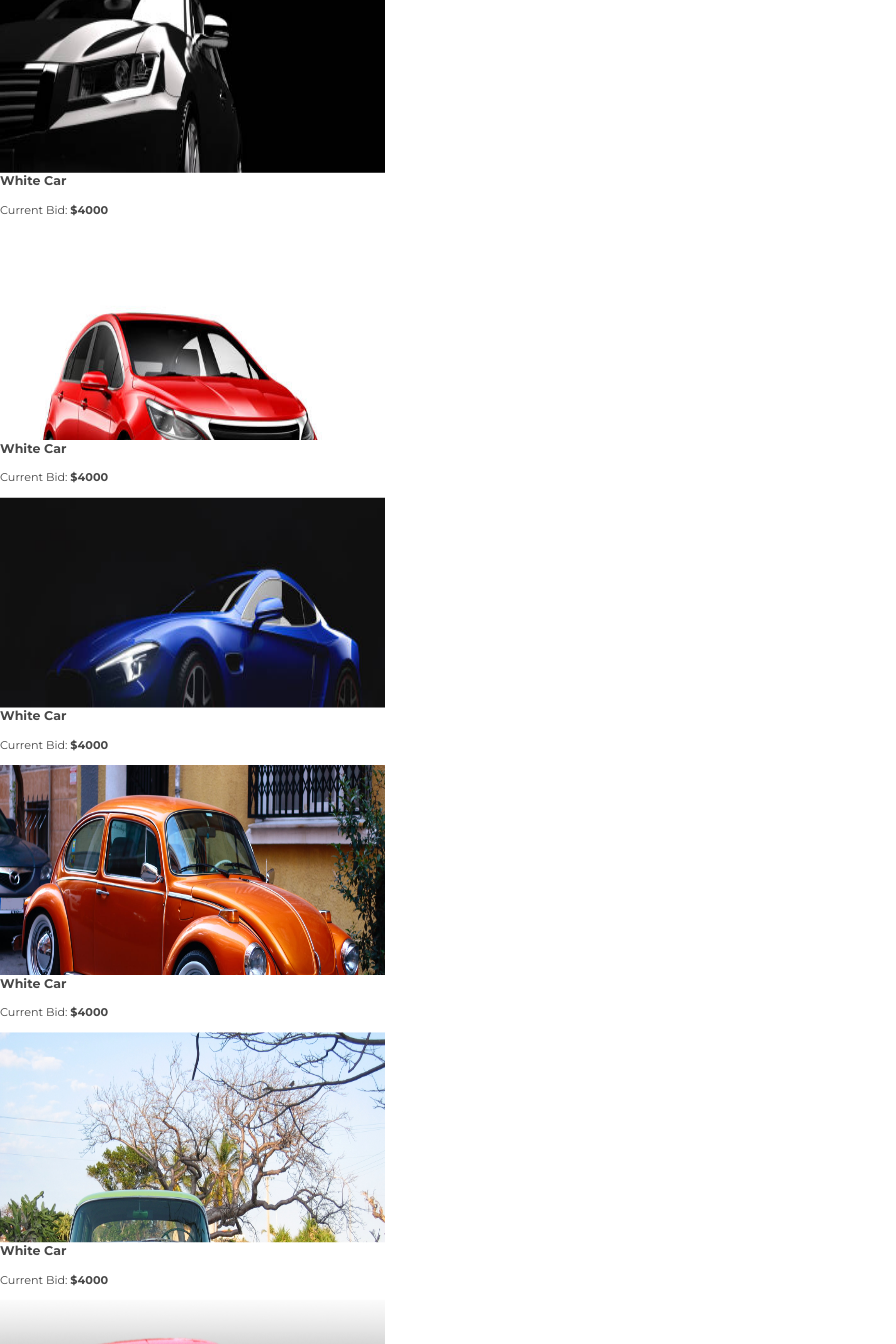
Repository: Arzun000/auction
Page: /shop
These files come from the project's save history. The page is drawn as it stood at one moment and after the next save; the edit follows.
The browser window is 1280 px wide. The pictures show the part of the page from y = 2544 to 4464 px (the page is 5894 px tall), at 70% of full size.
The project was rebuilt for these pictures with package versions that can differ from the ones it lists, and the page was loaded fresh each time. The framework's server and built-in components were replaced by stand-ins that run in the browser. Also part of the build but not shown: next.config.js, webpack.config.js, components/Testpage.js, pages/shop/Shop.module.css, components/icons/Iconsverticalbid.js, components/icons/Iconsverticalbuy.js.

Above is the page before, as saved 2022-03-31 18:16:17.

After the next save:
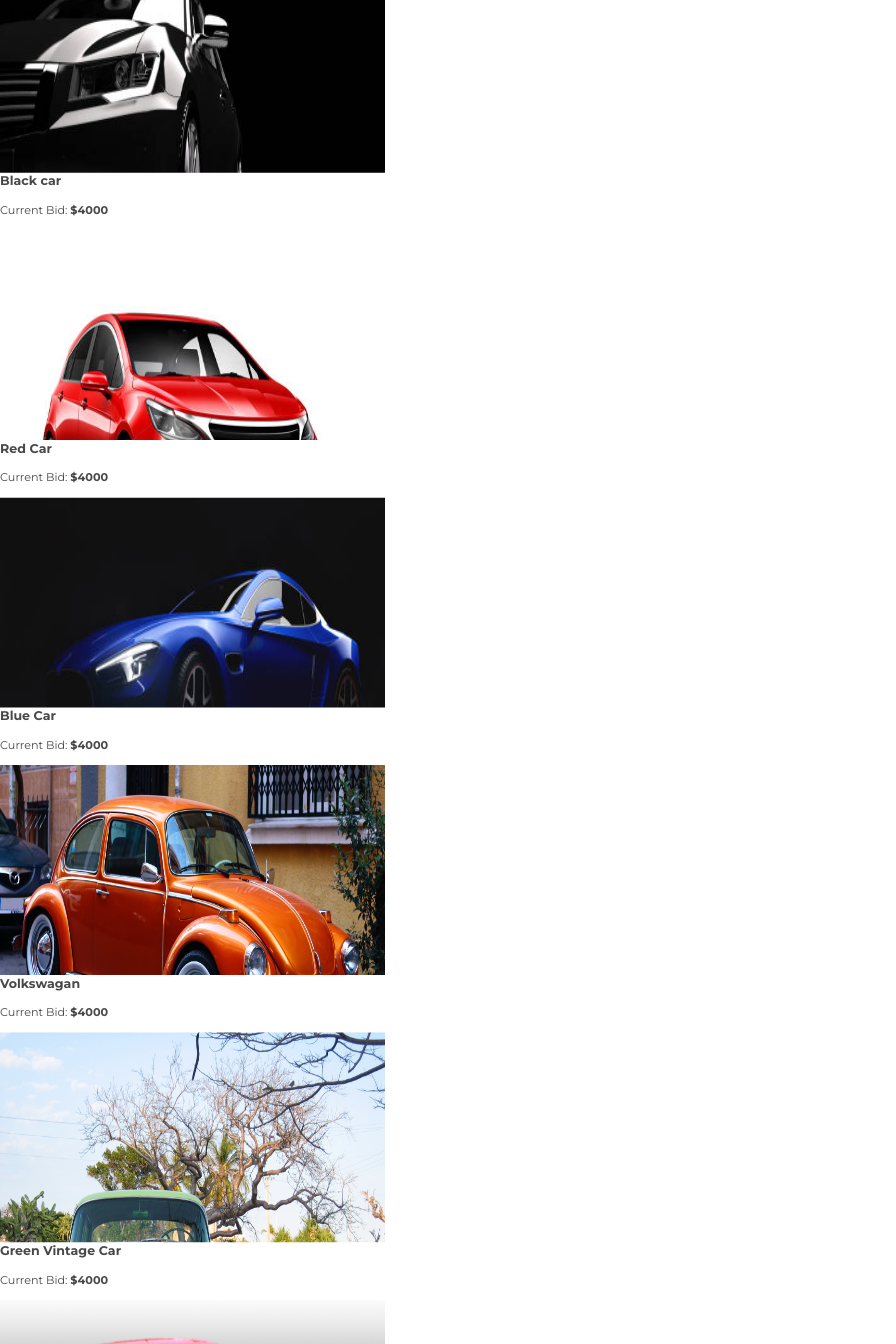
Saved 16 min 45 s later.
--- a/components/shop/Shopcontent.js
+++ b/components/shop/Shopcontent.js
@@ -44,7 +44,7 @@ const Shopcontent = (props) => {
       </div> */}
       <div className="cardtext bg-white text-center shadow-box-sh p-[10px]">
         <a href="#" className="no-underline">
-          <b>White Car</b>
+          <b>{props.name}</b>
         </a>
         <subtext>
           <p>
